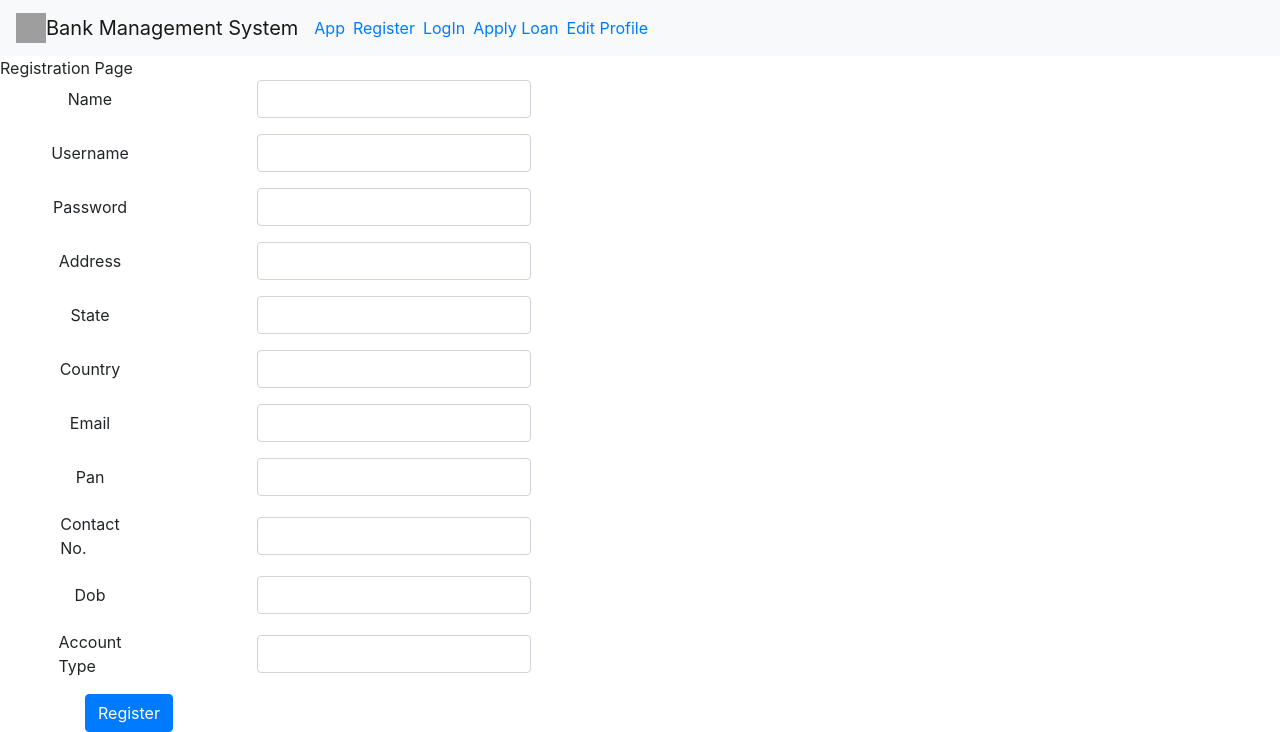
Repository: Nilkumar-Sharma/Bank-Management-System-Frontend-React
Page: /register
An editor plug-in stored every save of this project. The page is shown before and after the next save, followed by the edit.
The browser window is 1280 px wide. The pictures show the whole page.
Pictures or frames that could not be fetched are drawn as grey boxes. The project was rebuilt for these pictures with package versions that can differ from the ones it lists, and the page was loaded fresh each time. Also part of the build but not shown: src/App.css, src/Counter/Counter.js, src/App.js, src/components/Register/Register.module.scss, src/components/LogIn/LogIn.module.scss, src/components/LogIn/LogIn.js, src/components/Loan/Loan.module.scss, src/components/Loan/Loan.js and 1 more.

Above is the page before, as saved 2020-07-28 13:39:31.

### src/index.js
import React from 'react';
import ReactDOM from 'react-dom';
import './index.css';
import App from './App';
import * as serviceWorker from './serviceWorker';
import { Provider } from 'react-redux'
import { createStore } from 'redux'
import rootReducer from './store/reducer'
import { BrowserRouter, Switch,Route,Link } from 'react-router-dom';
import Register from './components/Register/Register'
import { createBrowserHistory } from 'history';
import 'bootstrap/dist/css/bootstrap.min.css';
import LogIn from './components/LogIn/LogIn';
import Loan from './components/Loan/Loan'
import UpdateProfile from './components/Profile/UpdateProfile';

const store = createStore(rootReducer);
store.subscribe(_=>console.log(store.getState()))

ReactDOM.render(
  <Provider store={store}>
    <React.StrictMode>
      <BrowserRouter>

        <nav className="navbar navbar-expand-lg navbar-light bg-light ">
          {/* header */}
          <a className="navbar-brand" href="#">
            <img src="/docs/4.0/assets/brand/bootstrap-solid.svg" width="30" height="30" className="d-inline-block align-top" alt=""></img>
              Bank Management System
  </a>

          <ul className="navbar-nav  mr-auto">
          <li className="nav-item mr-2">
            <Link to="/">App</Link>
            </li>
            <li className="nav-item mr-2">
            <Link to="/register">Register</Link>
          </li>
            <li className="nav-item mr-2">
            <Link to="/login">LogIn</Link>
            </li>
            <li className="nav-item mr-2">
              <Link to="/loan">Apply Loan</Link>
            </li>
            <li className="nav-item mr-2">
              <Link to="/edit">Edit Profile</Link>
            </li>
          </ul>
        </nav>


      {/* A <Switch> looks through its children <Route>s and
            renders the first one that matches the current URL. */}
      <Switch>
        <Route exact path="/">
          <App />
          </Route>
          <Route exact path="/register">
            <Register />
          </Route>
          <Route path="/login">
            <LogIn/>
          </Route>
          <Route path="/loan">
            <Loan></Loan>
          </Route>
          <Route path="/edit">
            <UpdateProfile></UpdateProfile>
          </Route>
      </Switch>
      </BrowserRouter>
    </React.StrictMode>

  </Provider>,
  document.getElementById('root')
);

// If you want your app to work offline and load faster, you can change
// unregister() to register() below. Note this comes with some pitfalls.
// Learn more about service workers: https://bit.ly/CRA-PWA
serviceWorker.unregister();

### src/store/reducer.js
const initialState = {
    counter: 0
};

const rootReducer = (state = initialState, action) => {
    switch (action.type){
    case "INC":
            return { counter: state.counter + 1 }
        case "DEC":
            return { counter: state.counter - 1 }
        default:
            return state
}
}
export default rootReducer;

### src/components/Register/Register.js
import React, { Component } from 'react';
import InputField from '../Shared/InputField/InputField'
import style from './Register.module.scss';
import MyButton from '../Shared/MyButton/MyButton'
/**
 *  As a Customer, I should be able to register my details in the system so that I can
 * login into the system Acceptance criteria: Customer should be able register the details
 * in the system and it should be saved in the database. Customer should be able to login with
 * a User Id and Password that exists in database.
 * On clicking logout the session should be invalidated and login page must be displayed Capture the
 * details like Name, Username, Password, Address, State, Country, Email Address, PAN, Contact No, DOB,
 * Account Type etc

*/
class Register extends Component{

    render() {
        return (<div>
            Registration Page
            <div className="container">
                <InputField Label="Name"></InputField>
                <InputField Label="Username"></InputField>
                <InputField Label="Password"></InputField>
                <InputField Label="Address"></InputField>
                <InputField Label="State"></InputField>
                <InputField Label="Country"></InputField>
                <InputField Label="Email"></InputField>
                <InputField Label="Pan"></InputField>
                <InputField Label="Contact No."></InputField>
                <InputField Label="Dob"></InputField>
                <InputField Label="Account Type"></InputField>

                <MyButton label="Register"></MyButton>









                </div>
            </div>)
        }
}
export default Register;

### src/components/Shared/InputField/InputField.js
import React, { Component } from 'react';
import './InputField.css'
class InputField extends Component {
    static defaultProps = {
        type: "text",
        changes:(e)=>console.log(e.target),
        Label: "Label",
        classes: "",
        value: "",
        id: "setId",
        name: "name",
        PlaceHolder: "PlaceHolder Here",
    }
    constructor(props) {
        super(props);
        this.state = {
            value: ""
        }
        // this.props.PlaceHolder = this.props.Label;

    }
    handleChange(event) {
        this.setState({ value: event.target.value });
        this.props.changes(event);
    }

    render() {
        return (
            // <div className="container-fluid">
            <div className="row">
                <div class="form-group form-inline" >
                <div className="col-6">
                    <label htmlFor={this.props.id}>{this.props.Label}</label>

                </div>
                <div className="col-6">
                        <input className="form-control" name={this.props.name} id={this.props.id} type={this.props.type} onChange={
                        // (this.props.changes) || ((e)=>{this.setState({value:e.target.value})})
                        (event) =>
                            this.handleChange(event)
                    } placeholder={this.props.placeHolder} value={this.state.value}></input>

                    </div>
                </div>
            </div>
        )
    }
}
export default InputField;

### src/components/Shared/MyButton/MyButton.js
/**
 * @props label: name of the button || default is "Label"
 * @props classes: Class Name
 * @props onClick: a function || Default is console.log("clicked")
 *
 */
import React,{Component } from 'react';

class MyButton extends Component {
    static defaultProps = {
        clicked:() => console.log("clicked "),
        label:"Button Label",
        value: "",
        classes: "btn btn-primary"
    }
    constructor(props) {
        super(props);
        console.log(this.props)

    }
    render() {
        return <button className={this.props.classes} onClick={this.props.clicked} value={this.props.value} >{this.props.label}</button>
    }

}

export default MyButton;

### src/components/Shared/InputField/InputField.css
label{
    width: 10px;
}
/*  */

Loaded but not shown: public/index.html (common file); src/index.css (common file); src/serviceWorker.js (common file)

After the next save:
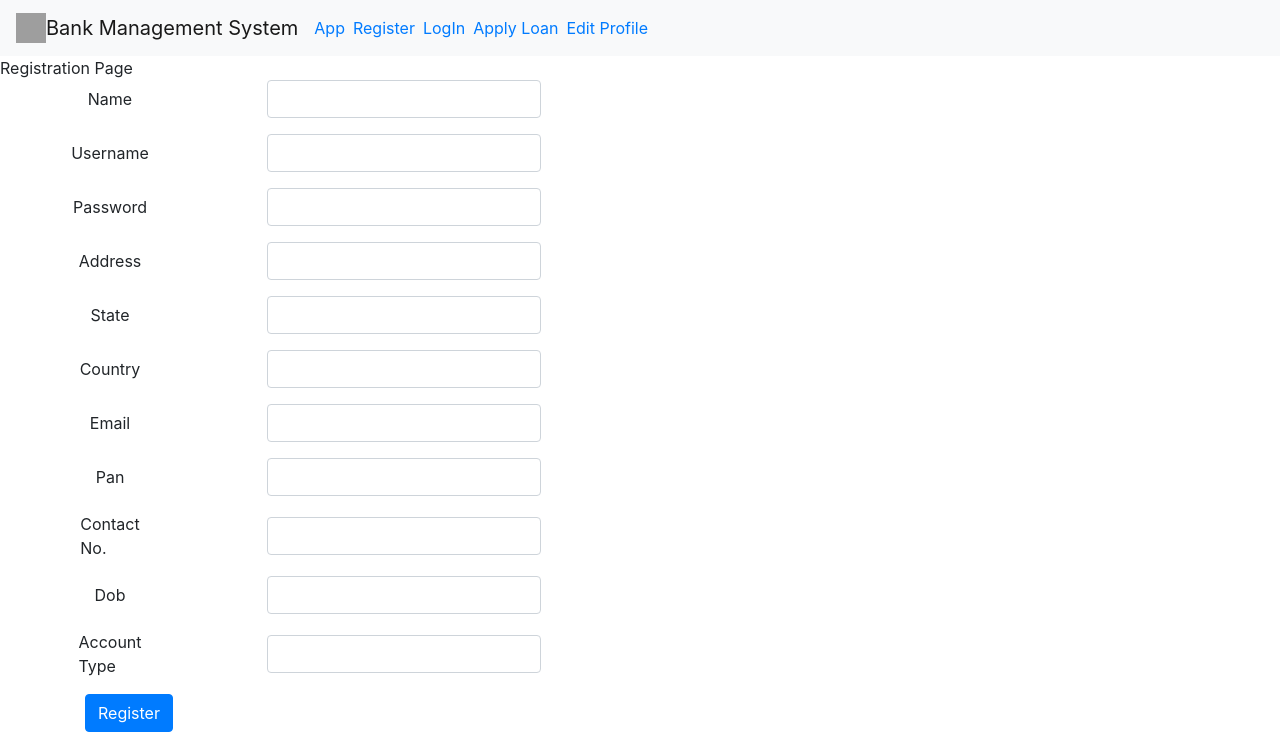
Saved 7 s later.
--- a/src/components/Shared/InputField/InputField.css
+++ b/src/components/Shared/InputField/InputField.css
@@ -1,4 +1,5 @@
 label{
     width: 10px;
+    margin-left: 20px;
 }
 /*  */

After the save that followed:
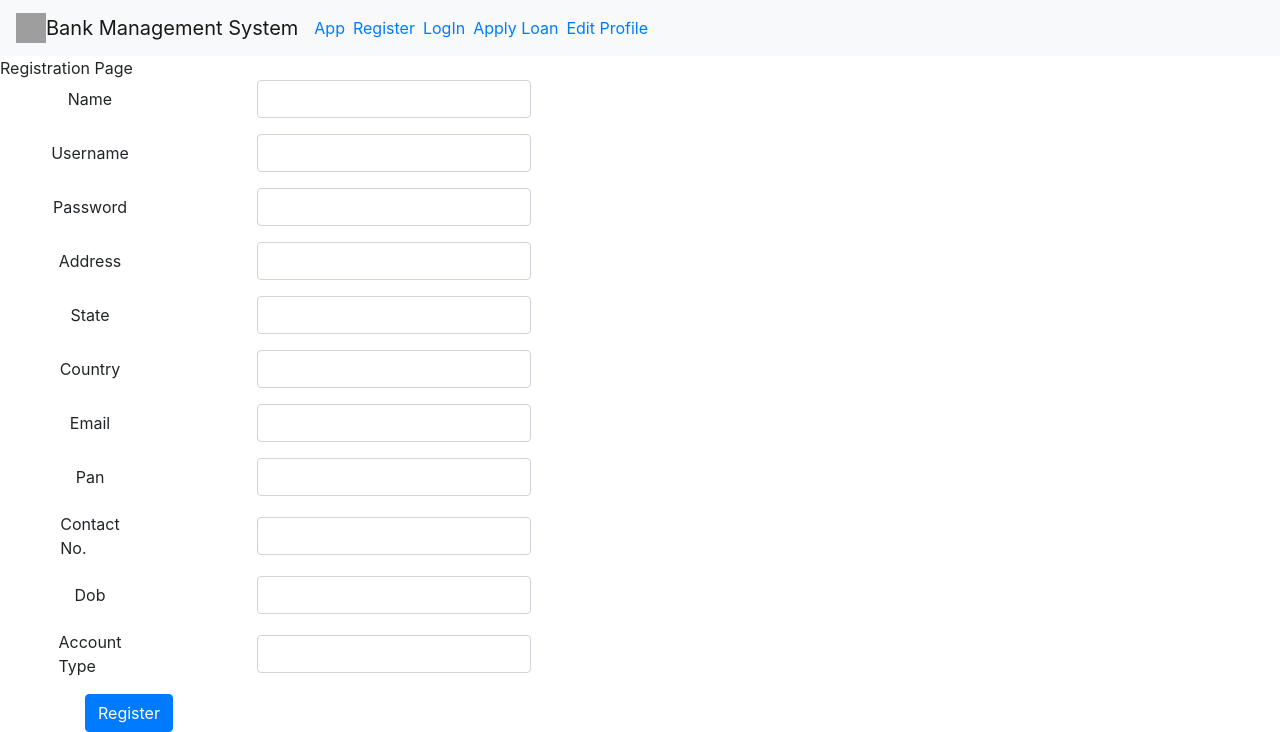
Saved 7 s later.
--- a/src/components/Shared/InputField/InputField.css
+++ b/src/components/Shared/InputField/InputField.css
@@ -1,5 +1,5 @@
 label{
     width: 10px;
-    margin-left: 20px;
+    /* margin-left: 20px; */
 }
 /*  */
